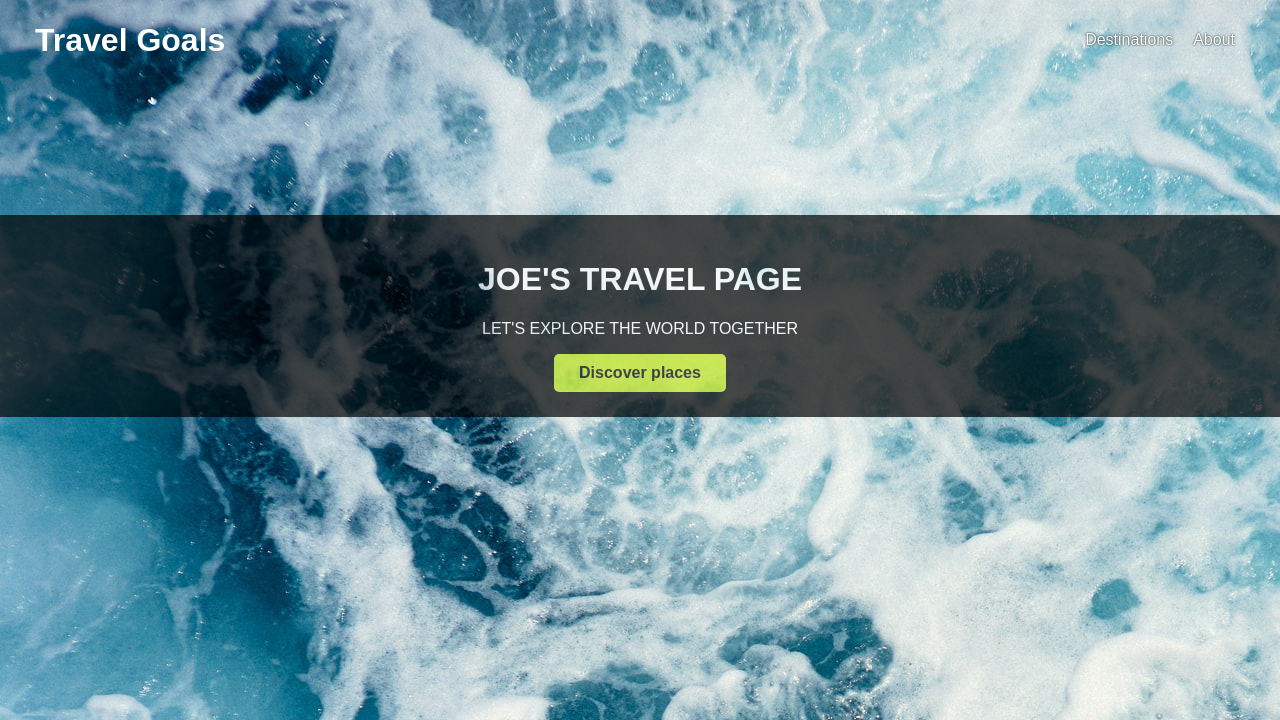
Repository: Harjot00/Wevdev
Page: Travel/index.html
An editor plug-in stored every save of this project. The page is shown before and after the next save, followed by the edit.
The browser window is 1280 px wide. The pictures show the whole page.

Above is the page before, as saved 2022-05-07 02:35:25.

### Travel/index.html
<!DOCTYPE html>
<html lang="en">
<head>
    <meta charset="UTF-8">
    <meta http-equiv="X-UA-Compatible" content="IE=edge">
    <meta name="viewport" content="width=device-width, initial-scale=1.0">
    <title>Travel Goals</title>
    <link rel="stylesheet" href="style.css">

</head>
<body>
    <header>
        <nav>
            <a href="index.html">Travel Goals</a>
            <ul>
                <li><a href="#"> Destinations</a></li>
                <li><a href="#">About</a></li>
            </ul>
        </nav>
    </header>
    <main>
        <div id="centercontent">
            <h1>JOE'S TRAVEL PAGE</h1>
            <p>LET'S EXPLORE THE WORLD TOGETHER</p>
            <a href="#"> Discover places</a>
        </div>
    </main>
    <footer></footer>
</body>
</html>

### Travel/style.css
body{
    font-family:"Quicksand",sans-serif;
    margin: 0;
    background-image: url(background.jpg);
}
nav{
    margin:15px 35px 25px 35px;
    display:flex;
    align-items: center;
    flex-wrap: wrap;
    flex-direction: row;
    justify-content: space-between;
}

ul {
    list-style: none;
    display:flex;
    justify-content: space-between;
}
nav >a{

    text-decoration: none;
    font-size:32px;
    font-weight: bold;
    color:white;


}
li a{
    margin:0px 10px 0px 10px;
    text-decoration: none;
    color: white;
    text-shadow: black 0px 0px 2px;
}
#centercontent{
    padding:25px 15px 25px 15px;
    text-align: center;
    margin:150px auto;
    background-color:black ;
    opacity:0.7;
    color:white;
    margin:auto:


}
div > a{
    background-color:rgb(188, 228, 28);
    text-decoration: none;
    padding:10px 25px 10px 25px;
    display:inline-block;
    color:black;
    font-weight:bold;
    border-radius:5px;

}

After the next save:
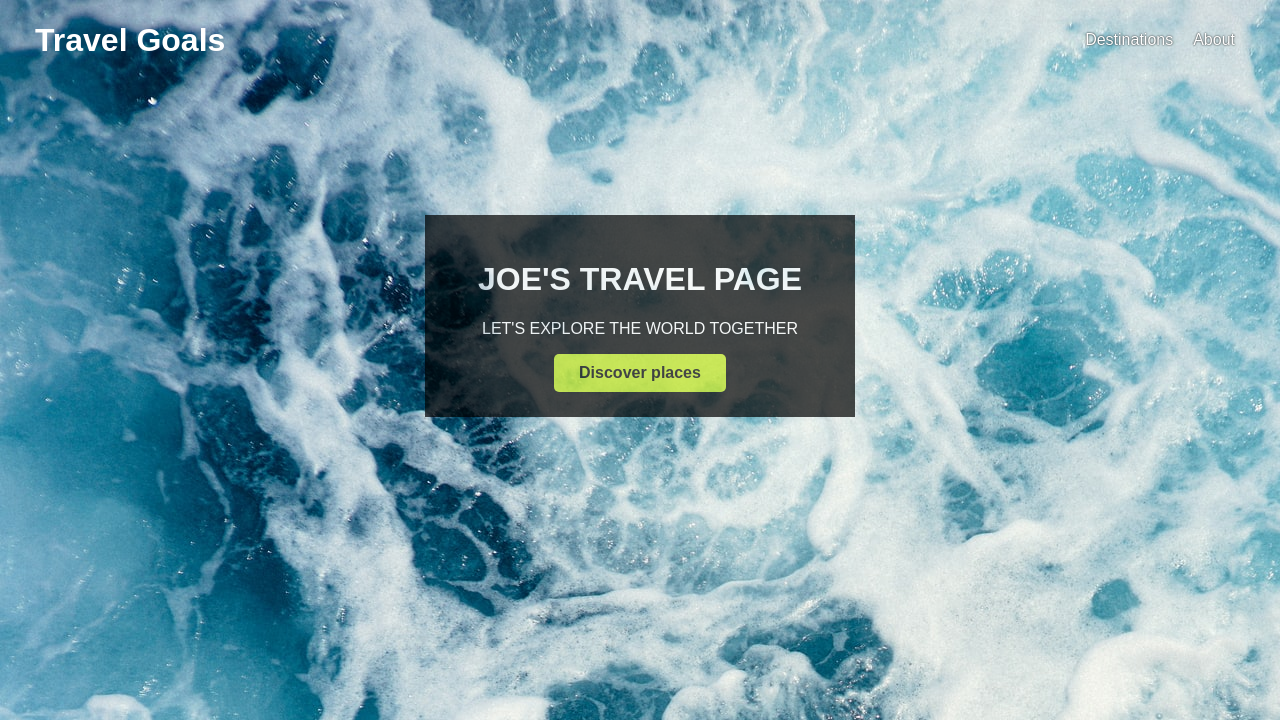
Saved 14 s later.
--- a/Travel/style.css
+++ b/Travel/style.css
@@ -39,8 +39,7 @@ li a{
     background-color:black ;
     opacity:0.7;
     color:white;
-    margin:auto:
-
+    width:400px;
 
 }
 div > a{
